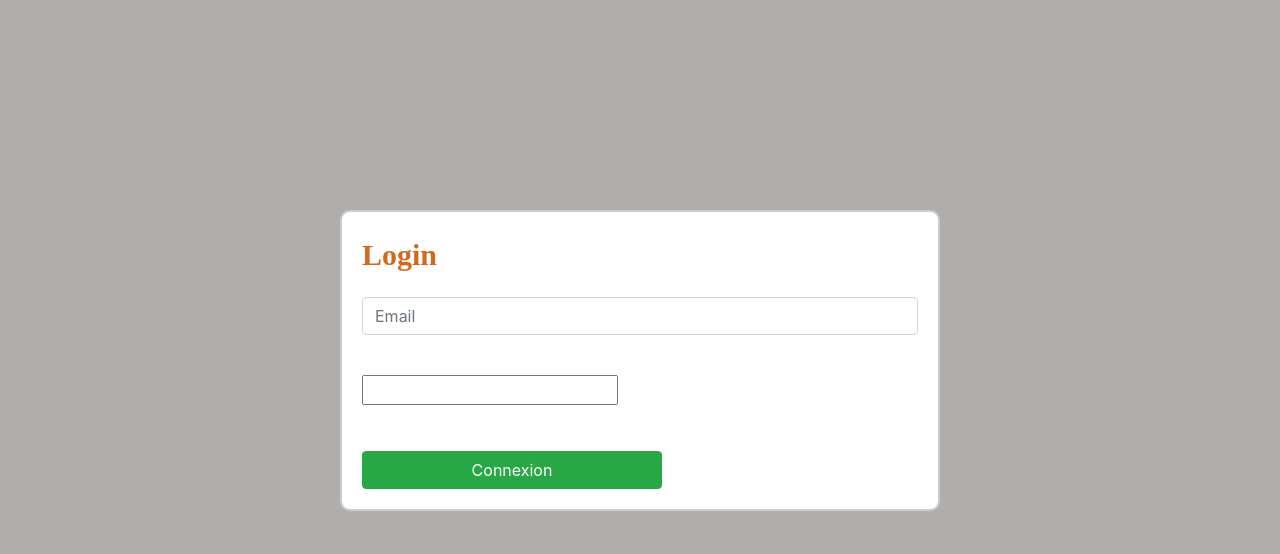
Repository: DiaryRz/FrontWeb
Page: /
An editor plug-in stored every save of this project. The page is shown before and after a run of saves, followed by the edit.
The browser window is 1280 px wide. The pictures show the whole page.
The project was rebuilt for these pictures with package versions that can differ from the ones it lists, and the page was loaded fresh each time. Also part of the build but not shown: src/component/css/Header.css, src/component/Header.jsx, src/page/css/AppAffichage.css, src/component/css/NavBar.css, src/component/NavBar.jsx, src/component/css/Model.css, src/component/InsertModel.jsx, src/page/AppAffichage.jsx and 26 more.

Above is the page before, as saved 2024-01-28 21:02:24.

### src/App.js
import AppAffichage from './page/AppAffichage';
import Liste from './page/Carburant';
import InsertionBoiteDeVitesse from './page/BoiteDeVitesse';
import InsertionLieu from './page/Lieu';
import InsertionMarque from './page/Marque';
import ListeDesLieux from './page/SelectLieu';
import Login from './component/Login';
import InsertionCategorie from './component/InsertionCategorie';
import ListeCarburant from './page/ListeCarburant';
import ListeCategorie from './page/ListeCategorie';
import Recherche from './page/Recherche';
import AnnonceAValider from './page/AnnonceAValiderPage';
import Chart from './page/ChartPage';
import { BrowserRouter, Route, Routes } from 'react-router-dom';
import ListeDesVit from './page/ListeBoiteDeVitessePage';
import ListeDesMar from './page/ListeMarquePage';

function App() {
  return (
    <div className="App">
      <BrowserRouter>
        <Routes>
          <Route path='/' element = {<Login/> }></Route>
          <Route path='/insertionModel' element={ <AppAffichage /> }></Route>     {/* Insertion model */}
          <Route path='/InsertionCarburant' element={ <Liste /> }></Route>
          <Route path='/InsertionBoiteDeVitesse' element={ <InsertionBoiteDeVitesse /> }></Route>
          <Route path='/InsertionLieu' element={ <InsertionLieu /> }></Route>
          <Route path='/InsertionMarque' element={ <InsertionMarque /> }></Route>
          <Route path='/SelectLieu' element={ <ListeDesLieux /> }></Route>
          <Route path='/insertionCategorie' element = {<InsertionCategorie/> }></Route>
          <Route path='/ListeCarburant' element = {<ListeCarburant/> }></Route>
          <Route path='/Recherche' element = {<Recherche/> }></Route>
          <Route path='/ListeCategorie' element = {<ListeCategorie/> }></Route>
          <Route path='/ListeBoiteVitesse' element = {<ListeDesVit/> }></Route>
          <Route path='/ListeMarque' element = {<ListeDesMar/> }></Route>
          <Route path='/AnnonceAValider' element = {<AnnonceAValider/> }></Route>
          <Route path='/statistic' element = {<Chart/> }></Route>
        </Routes>
      </BrowserRouter>
    </div>
  );
}

export default App;

### src/component/Login.js
import React, { useState } from 'react';
import { useNavigate } from 'react-router-dom';


 /* Login.css */
 const loginContainer = {
    display:'flex',
    justifyContent: 'center',
    alignItems: 'center',
    height: '100vh',
    background: '#b2adad',
};


const loginForm = {
    width: '600px',
    padding: '20px',
    border: '2px solid #ccc',
    borderRadius:'10px',
    backgroundColor: 'white',

};

const Login = () => {
    const [nomUtilisateur, setnomUtilisateur] = useState('');
    const [mdp, setmdp] = useState('');
    const navigate = useNavigate();

    const Inserer = async (e) => {
        e.preventDefault();
        const lieu = { nomUtilisateur, mdp };

        try {
            const response = await fetch('http://localhost:8081/utilisateurs/verifierUser', {
                method: 'POST',
                headers: { 'Content-Type': 'application/json' },
                body: JSON.stringify(lieu),
            });

            if (!response.ok) {
                throw new Error(`Erreur lors de la requête : ${response.status}`);
            } else {
                const responseData = await response.text();

                localStorage.setItem("token", responseData);
                console.log(localStorage.getItem("token"));
                navigate('/insertionModel');
            }
        } catch (error) {
            console.error('Une erreur s\'est produite lors de la requête :', error.message);
            // Vous pouvez ajouter ici la gestion de l'erreur, par exemple afficher un message à l'utilisateur.
        }
    };


    return (
        <form onSubmit={Inserer}>
           <div style={loginContainer}>
                    <form style={loginForm}>
                        <div style={{ fontSize: '30px',fontFamily:'serif', marginBottom: '20px' ,color:'chocolate'}}><b>Login</b></div>
                        <div className="mb-3">
                        <input type="email" className="form-control" placeholder="Email" value={nomUtilisateur} onChange={(e) => setnomUtilisateur(e.target.value)} />
                        </div>
                        <div className="mb-3" style={{marginTop:'40px'}}>
                        <input type="password" value={mdp} onChange={(e) => setmdp(e.target.value)} />
                        </div>
                        <button type="submit" className="btn btn-success" style={{width:'300px',marginTop:'30px'}}>
                            Connexion
                        </button>
                    </form>

                </div>
        </form>
    );
};

export default Login;

Loaded but not shown: public/index.html (common file); src/index.js (common file); src/index.css (common file); src/reportWebVitals.js (common file); src/assets/bootstrap/css/bootstrap.min.css (library)

After the next 3 saves:
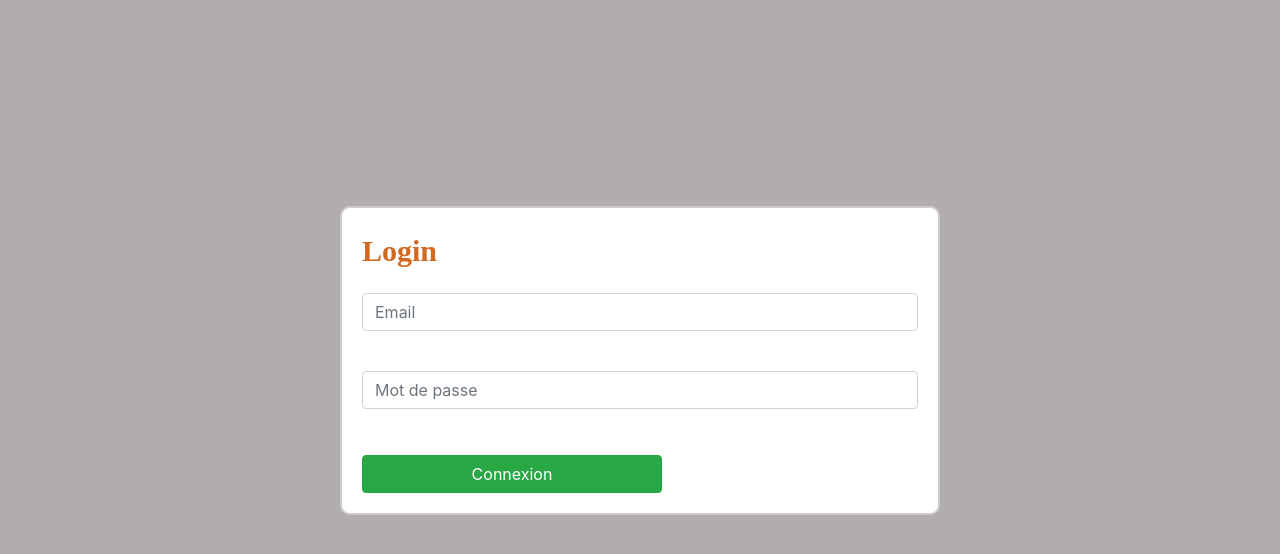
The 3 saves are shown as one change because they came seconds apart.
The last was saved 32 s later.
--- a/src/component/Login.js
+++ b/src/component/Login.js
@@ -59,10 +59,10 @@ const Login = () => {
                     <form style={loginForm}>
                         <div style={{ fontSize: '30px',fontFamily:'serif', marginBottom: '20px' ,color:'chocolate'}}><b>Login</b></div>
                         <div className="mb-3">
-                        <input type="email" className="form-control" placeholder="Email" value={nomUtilisateur} onChange={(e) => setnomUtilisateur(e.target.value)} />
+                            <input type="email" className="form-control" placeholder="Email" value={nomUtilisateur} onChange={(e) => setnomUtilisateur(e.target.value)} />
                         </div>
                         <div className="mb-3" style={{marginTop:'40px'}}>
-                        <input type="password" value={mdp} onChange={(e) => setmdp(e.target.value)} />
+                            <input type="password" className="form-control" placeholder="Mot de passe" value={mdp} onChange={(e) => setmdp(e.target.value)} />
                         </div>
                         <button type="submit" className="btn btn-success" style={{width:'300px',marginTop:'30px'}}>
                             Connexion
